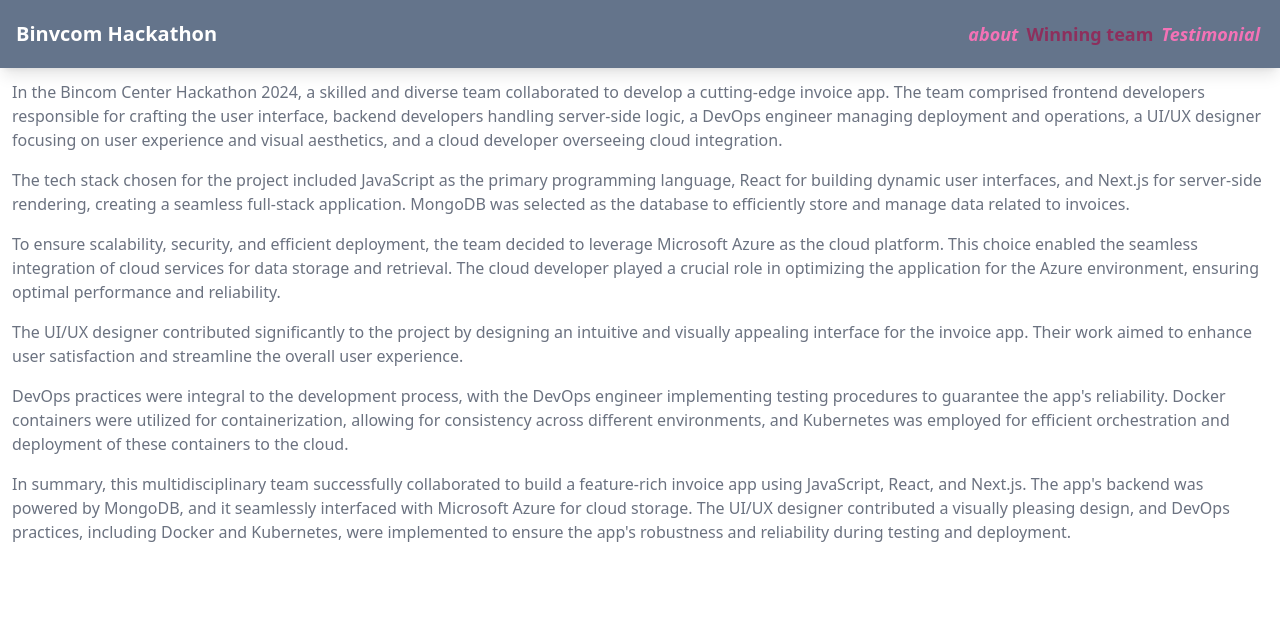
Repository: Semanmernstack/Bincom
Page: /winner
An editor plug-in stored every save of this project. The page is shown before and after the next save, followed by the edit.
The browser window is 1280 px wide. The pictures show the whole page.
The project was rebuilt for these pictures with package versions that can differ from the ones it lists, and the page was loaded fresh each time. The framework's server and built-in components were replaced by stand-ins that run in the browser. Also part of the build but not shown: next.config.mjs.

Above is the page before, as saved 2024-01-25 23:22:47.

### app/layout.tsx
import type { Metadata } from "next";
import { Inter } from "next/font/google";
import "./globals.css";
import Nav from "./components/Nav";

const inter = Inter({ subsets: ["latin"] });

export const metadata: Metadata = {
  title: "Create Next App",
  description: "Generated by create next app",
};

export default function RootLayout({
  children,
}: Readonly<{
  children: React.ReactNode;
}>) {
  return (
    <html lang="en">
      <body className=" ">
        <Nav/>
        {children}
      </body>
    </html>
  );
}

### app/winner/page.tsx
import React from 'react'

function page() {
  return (
    <div className='flex flex-col p-3 text-gray-500 gap-4'>
        <h2>
            In the Bincom Center Hackathon 2024, a skilled and diverse team collaborated to develop a cutting-edge invoice app. The team comprised frontend developers responsible for crafting the user interface, backend developers handling server-side logic, a DevOps engineer managing deployment and operations, a UI/UX designer focusing on user experience and visual aesthetics, and a cloud developer overseeing cloud integration.
        </h2>
        <h2>

            The tech stack chosen for the project included JavaScript as the primary programming language, React for building dynamic user interfaces, and Next.js for server-side rendering, creating a seamless full-stack application. MongoDB was selected as the database to efficiently store and manage data related to invoices.
        </h2>
        <h2>
            To ensure scalability, security, and efficient deployment, the team decided to leverage Microsoft Azure as the cloud platform. This choice enabled the seamless integration of cloud services for data storage and retrieval. The cloud developer played a crucial role in optimizing the application for the Azure environment, ensuring optimal performance and reliability.
        </h2>
        <h2>
            The UI/UX designer contributed significantly to the project by designing an intuitive and visually appealing interface for the invoice app. Their work aimed to enhance user satisfaction and streamline the overall user experience.
        </h2>
        <h2>
            DevOps practices were integral to the development process, with the DevOps engineer implementing testing procedures to guarantee the app's reliability. Docker containers were utilized for containerization, allowing for consistency across different environments, and Kubernetes was employed for efficient orchestration and deployment of these containers to the cloud.
        </h2>
        <h2>
            In summary, this multidisciplinary team successfully collaborated to build a feature-rich invoice app using JavaScript, React, and Next.js. The app's backend was powered by MongoDB, and it seamlessly interfaced with Microsoft Azure for cloud storage. The UI/UX designer contributed a visually pleasing design, and DevOps practices, including Docker and Kubernetes, were implemented to ensure the app's robustness and reliability during testing and deployment.
        </h2>
    </div>
  )
}

export default page

### app/components/Nav.tsx
"use client"
import Link from 'next/link'
import { usePathname } from 'next/navigation'
import React from 'react'
const Linkk = [
    {
        href: "/about",
        title: "about"
    },
    {
        href: "/winner",
        title: "Winning team"
    },
    {
        href: "/testimony",
        title: "Testimonial",
    },
]

function Nav() {
    const pathname = usePathname()
  return (
    <div className=' flex items-center justify-between   bg-slate-500 p-4 shadow-lg'>
        <div>
            <h1 className='text-xl text-white font-extrabold'> Binvcom Hackathon  </h1>
        </div>
        <div className='flex items-center justify-center gap-1 text-red-300 '>
            {Linkk.map((d, i) => (
            <div className='' key={i}>
                {pathname === d.href ? (
                <Link href={d.href} className=' flex  text-xs sm:text-lg text-pink-800 font-bold animate-pulse'>
                    {d.title}
                </Link>


                ):(
                    <Link href= {d.href }
                    className="flex items-center justify-center p-1   gap-3 italic sm:font-semibold hover:border rounded-lg text-pink-400   dark:text-white text-xs sm:text-lg font-semibold transition duration-100  "
                    >
                        {d.title}
                    </Link>

                )}
            </div>

        ))}

        </div>





</div>
  )
}

export default Nav

Loaded but not shown: app/globals.css (common file); tailwind.config.ts (common file)

After the next save:
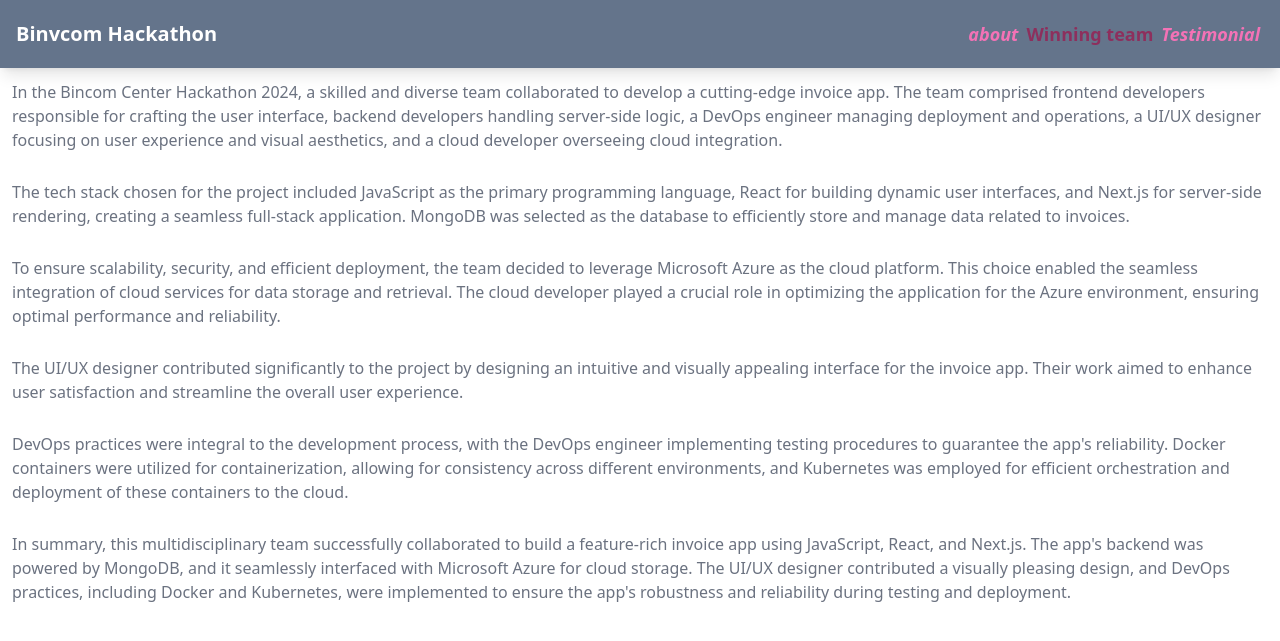
Saved 20 s later.
--- a/app/winner/page.tsx
+++ b/app/winner/page.tsx
@@ -2,7 +2,7 @@ import React from 'react'
 
 function page() {
   return (
-    <div className='flex flex-col p-3 text-gray-500 gap-4'>
+    <div className='flex flex-col p-3 text-gray-500 gap-7'>
         <h2>
             In the Bincom Center Hackathon 2024, a skilled and diverse team collaborated to develop a cutting-edge invoice app. The team comprised frontend developers responsible for crafting the user interface, backend developers handling server-side logic, a DevOps engineer managing deployment and operations, a UI/UX designer focusing on user experience and visual aesthetics, and a cloud developer overseeing cloud integration.
         </h2>
